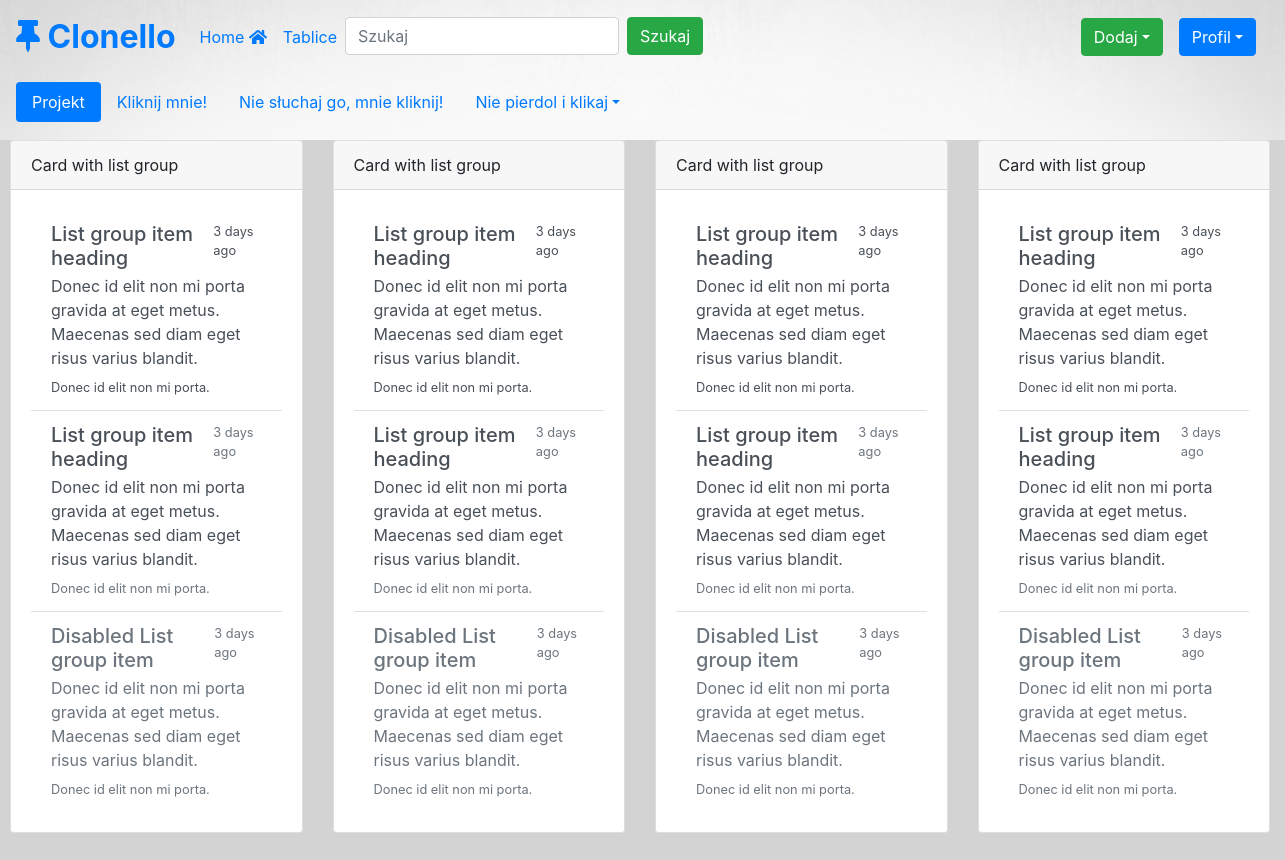
Repository: jnehlt/PAW-lab
Page: / (app in Frontend/clonello/)
The author's editor kept a copy of each file at every save. The page is drawn from the files as they stood at one save, then again after the next save.
The browser window is 1280 px wide. The page is 1285 px wide, so the pictures cover 1285 px, including what lies to the right of the window. The pictures show the whole page.
The project was rebuilt for these pictures with package versions that can differ from the ones it lists, and the page was loaded fresh each time.

Above is the page before, as saved 2020-04-24 23:45:41.

After the next save:
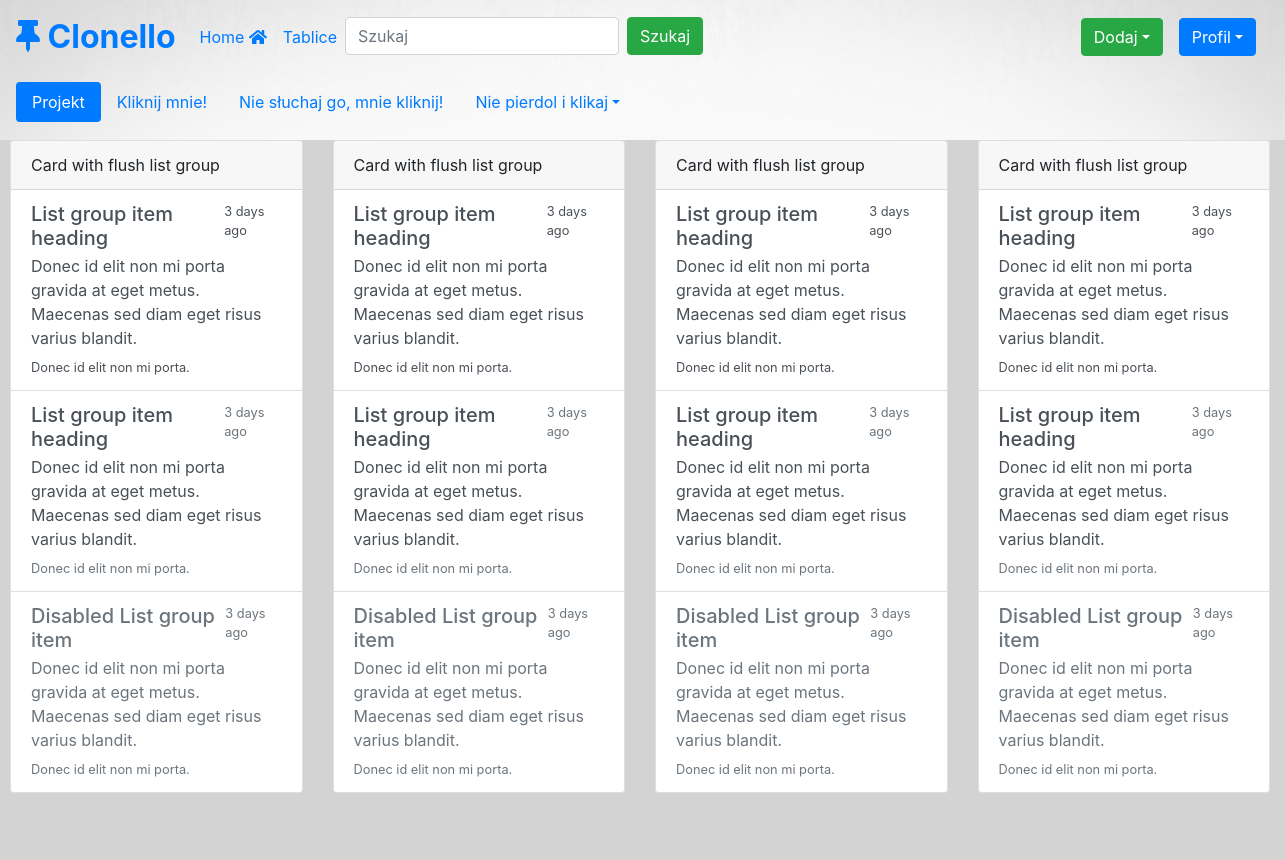
Saved 5 s later.
--- a/Frontend/clonello/src/components/MainCard.vue
+++ b/Frontend/clonello/src/components/MainCard.vue
@@ -1,6 +1,6 @@
 <template>
         <div id="duties-card" class="col-3 col-md-3 col-sm-3">
-            <b-card header="Card with list group">
+            <b-card no-body header="Card with flush list group">
                 <b-list-group flush="">
                     <b-list-group-item href="#" class="flex-column align-items-start">
                         <div class="d-flex w-100 justify-content-between">
